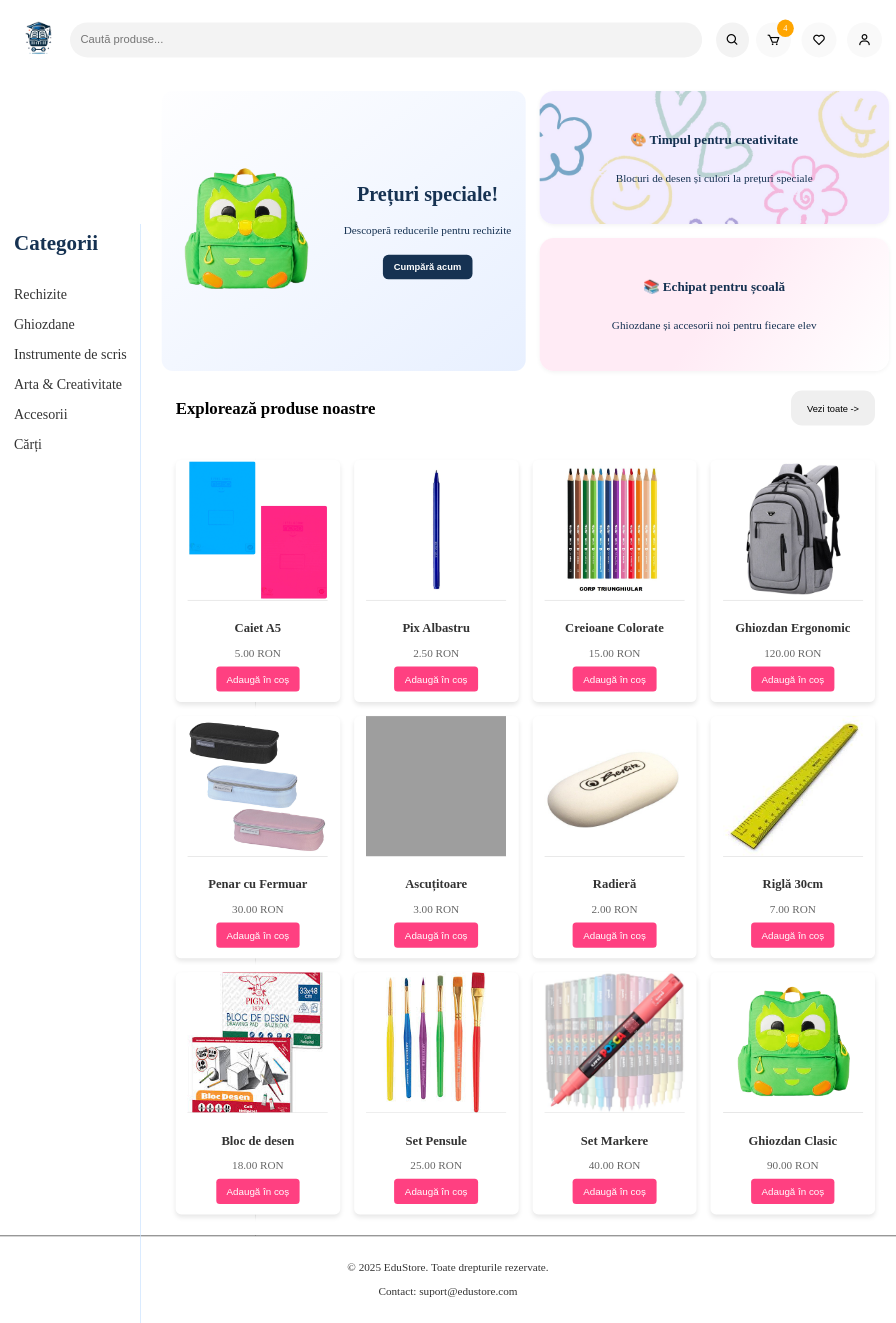
Repository: Roxana5504/WebDev-Project
Page: frontend/index.html
These files come from the project's save history. The page is drawn as it stood at one moment and after the next save; the edit follows.
The browser window is 1280 px wide. The pictures show the whole page, at 70% of full size.
Pictures or frames that could not be fetched are drawn as grey boxes. An inner scrolling area shows only its first screen.

Above is the page before, as saved 2025-04-23 17:43:23.

### frontend/index.html
<!DOCTYPE html>
<html lang="ro">
  <head>
    <meta charset="UTF-8" />
    <meta name="viewport" content="width=device-width, initial-scale=1.0" />
    <title>Căutare Produse</title>
    <link rel="stylesheet" href="/styles.css" />
    <link
      href="https://cdn.jsdelivr.net/npm/boxicons@2.1.4/css/boxicons.min.css"
      rel="stylesheet"
    />
  </head>

  <body>
    <header class="container-header">
      <div class="logo">
        <img src="/backend/images/logoDWS.png" alt="EduStore" />
      </div>

      <div class="search-bar">
        <button class="sidebar-toggle" id="sidebar-toggle">
          <i class="bx bx-menu"></i>
        </button>
        <input type="text" id="search-input" placeholder="Caută produse..." />
        <button class="search-btn" id="search-btn">
          <i class="bx bx-search"></i>
        </button>
      </div>

      <div class="header-icons">
        <div class="header-icon">
          <span class="cart-items">4</span>
          <i class="bx bx-cart"></i>
        </div>
        <div class="header-icon">
          <i class="bx bx-heart"></i>
        </div>
        <div class="header-icon profile">
          <i class="bx bx-user"></i>
        </div>
      </div>
    </header>

    <div class="main-content">
      <aside class="sidebar">
        <div>
          <h2>Categorii</h2>
          <ul>
            <li>Rechizite</li>
            <li>Ghiozdane</li>
            <li>Instrumente de scris</li>
            <li>Arta & Creativitate</li>
            <li>Accesorii</li>
            <li>Cărți</li>
          </ul>
        </div>
      </aside>

      <div class="container">
        <section class="banner">
          <div class="banner-left">
            <div class="banner-left-content">
              <div class="img-cont">
                <img src="/backend/images/gh.jpg" alt="Oferta specială" />
              </div>

              <div class="banner-text">
                <h2>Prețuri speciale!</h2>
                <p>Descoperă reducerile pentru rechizite</p>
                <button class="buy-now-btn" id="buy-now-btn">
                  Cumpără acum
                </button>
              </div>
            </div>
          </div>

          <div class="banner-right">
            <div class="banner-right-up">
              <h3>🎨 Timpul pentru creativitate</h3>
              <p>Blocuri de desen și culori la prețuri speciale</p>
            </div>
            <div class="banner-right-down">
              <h3>📚 Echipat pentru școală</h3>
              <p>Ghiozdane și accesorii noi pentru fiecare elev</p>
            </div>
          </div>
        </section>

        <section class="products">
          <div class="products-explore-line">
            <h2>Explorează produse noastre</h2>
            <button class="all-products-button">Vezi toate -></button>
          </div>
          <div id="product-list" class="product-list"></div>
        </section>
      </div>
    </div>
    <footer>
      <p>&copy; 2025 EduStore. Toate drepturile rezervate.</p>
      <p>Contact: suport@edustore.com</p>
    </footer>
    <script src="script.js"></script>
  </body>
</html>

### frontend/styles.css
/*CSS Roxana*/
html,
body {
  height: auto; /* nu mai forțăm 100% */
  min-height: 100%;
  margin: 0;
  padding-top: 60px;
  overflow-x: hidden;
}

.modal-overlay {
  position: fixed;
  top: 0;
  left: 0;
  right: 0;
  bottom: 0;
  background: rgba(0, 0, 0, 0.6);
  display: flex;
  align-items: center;
  justify-content: center;
  padding: 20px;
  z-index: 9999;
  overflow-y: auto;
  box-sizing: border-box;
}

.modal-content {
  display: flex;
  flex-direction: column;
  background: white;
  padding: 20px;
  border-radius: 10px;
  max-width: 800px;
  width: 100%;
  max-height: 90vh;
  overflow-y: auto;
  position: relative;
  box-sizing: border-box;
  align-items: center;
}

.modal-buttons {
  align-items: center;
  display: flex;
  gap: 10px;
  margin-top: 20px;
}

.modal-content button {
  background-color: black;
  color: white;
  font-weight: bold;
  border: none;
  padding: 12px 16px;
  border-radius: 5px;
}

.close-btn {
  position: absolute;
  top: 10px;
  right: 15px;
  font-size: 24px;
  cursor: pointer;
  color: red;
}

.modal-products {
  display: flex;
  flex-wrap: wrap;
  gap: 20px;
}

.modal-product-card {
  width: 200px;
  border: 1px solid #eee;
  border-radius: 10px;
  padding: 10px;
  text-align: center;
}

.modal-product-card img {
  max-width: 100%;
  height: auto;
  border-radius: 5px;
}

.container-header {
  position: fixed;
  top: 0px;
  background-color: white;
  z-index: 98;
  padding: 20px;
  display: flex;
  align-items: center;
  justify-content: space-between;
  width: 100%;
  box-sizing: border-box;
  flex-wrap: wrap;
  gap: 10px;
}

.logo img {
  height: 70px;
  cursor: pointer;
}

.search-bar {
  flex: 1;
  gap: 20px;
  display: flex;
  align-items: center;
  position: relative;
  max-width: 1000px;
}

.search-btn {
  width: 50px;
  height: 50px;
  border-radius: 100%;
  border: none;
  background-color: #f3f3f3;
  display: flex;
  justify-content: center;
  align-items: center;
  cursor: pointer;
  font-size: 20px;
}

.search-bar input {
  min-width: 200px;
  width: 100%;
  height: 50px;
  padding: 10px 15px;
  border-radius: 50px;
  border: none;
  background-color: #f3f3f3;
  font-size: 16px;
  outline: none;
  box-sizing: border-box;
}

.header-icons {
  display: flex;
  align-items: center;
  gap: 15px;
}

.header-icon {
  position: relative;
  width: 50px;
  height: 50px;
  background-color: #f9f9f9;
  border-radius: 50%;
  display: flex;
  justify-content: center;
  align-items: center;
  cursor: pointer;
}

.header-icon i {
  font-size: 20px;
  color: black;
}

.cart-items {
  position: absolute;
  top: -4px;
  right: -4px;
  background-color: orange;
  color: white;
  font-size: 12px;
  border-radius: 100%;
  padding: 5px 9px;
}

.main-content {
  display: flex;
  width: 100%;
  box-sizing: border-box;
}

.container {
  flex: 1;
  width: 100%;
  margin: 0px auto;
  display: flex;
  flex-direction: column;
  padding: 10px;
  max-width: 1200px;
  box-sizing: border-box;
  justify-content: flex-start;
}

.sidebar {
  position: relative;
  top: 200px;
  height: auto;
  width: 200px;
  padding-right: 0px;
  margin-right: 20px;
  border-right: 1px solid rgb(203, 227, 255);
}

.sidebar div {
  position: sticky;
  top: 0px;
  background-color: white;
  z-index: 99;
}

.sidebar h2 {
  padding: 10px 0 10px 20px;
  font-size: 30px;
  font-weight: bold;
  margin-top: 0px;
  color: rgb(22, 50, 82);
}

.sidebar ul {
  list-style: none;
  padding: 0;
  margin: 0;
  margin-left: 20px;
}

.sidebar ul li {
  padding: 10px 0;
  font-size: 20px;
  color: #333;
  cursor: pointer;
  transition: color 0.3s ease;
}

.sidebar ul li:hover {
  color: #0d4e5a;
}

.sidebar-toggle {
  background: none;
  border: none;
  font-size: 25px;
  cursor: pointer;
  display: none;
}

.banner {
  display: flex;
  flex-wrap: wrap;
  gap: 20px;
  width: 100%;
  box-sizing: border-box;
}

.banner-left {
  box-sizing: border-box;
  background: linear-gradient(to bottom right, #fefeff, #e8f0ff);
  border-radius: 16px;
  padding: 10px;
  position: relative;
  display: flex;
  align-items: center;
  flex: 1;
}

.banner-left-content {
  display: flex;
  gap: 20px;
  align-items: center;
  flex-wrap: wrap;
  width: 100%;
  justify-content: center;
  text-align: center;
}

.banner-left-content img {
  width: 100%;
  max-width: 220px;
  height: auto;
  border-radius: 10px;
  object-fit: cover;
}

.banner-text {
  flex: 1;
  display: flex;
  flex-direction: column;
  gap: 10px;
}

.banner-text h2 {
  font-size: 1.8rem;
  color: rgb(22, 50, 82);
  margin: 0;
}

.banner-text p {
  font-size: 1rem;
  color: rgb(22, 50, 82);
}

.buy-now-btn {
  background-color: rgb(22, 50, 82);
  max-width: 200px;
  color: white;
  border: none;
  padding: 10px 16px;
  border-radius: 8px;
  font-weight: bold;
  cursor: pointer;
  align-self: center;
}

.banner-right {
  flex: 1;
  display: flex;
  flex-direction: column;
  justify-content: space-between;
  gap: 20px;
  min-width: 300px;
}

.banner-right-up,
.banner-right-down {
  border-radius: 20px;
  padding: 20px;
  text-align: center;
  min-height: 150px;
  display: flex;
  flex-direction: column;
  justify-content: center;
  box-shadow: 0 2px 6px rgba(0, 0, 0, 0.05);
}

.banner-right-up {
  background: url("/backend/images/bkgdsw.jpg");
  background-size: cover;
  color: rgb(22, 50, 82);
  flex: 1;
}

.banner-right-down {
  background: #ffebf5;
  background: linear-gradient(
    124deg,
    rgba(255, 235, 245, 1) 50%,
    rgba(255, 255, 255, 1) 100%
  );
  color: rgb(22, 50, 82);
  flex: 1;
}

footer {
  text-align: center;
  padding: 20px;
  border-top: 1px solid #333;
  color: #333;
  background-color: white;
}

.products-explore-line {
  display: flex;
  justify-content: space-between;
  width: 100%;
  box-sizing: border-box;
  align-items: center;
  padding: 20px;
}

.all-products-button {
  border: none;
  border-radius: 16px;
  padding: 0px 10px;
  width: 120px;
  height: 50px;
  cursor: pointer;
}

@media (max-width: 768px) {
  .search-bar {
    gap: 10px;
    width: 100%;
    margin: 0px;
    order: 1;
    display: flex;
    justify-content: center;
  }

  .search-bar input {
    flex: 1;
    margin: 0 10px;
  }

  .banner {
    flex-direction: column;
  }

  .banner-left {
    width: 100%;
    flex: none;
  }

  .banner-right {
    flex-direction: row;
    flex-wrap: wrap;
    width: 100%;
    gap: 20px;
  }

  .banner-right-up,
  .banner-right-down {
    flex: 1 1 48%;
    min-width: 48%;
    padding: 15px;
  }
}

@media (max-width: 600px) {
  .modal-products {
    flex-direction: column;
    align-items: center;
  }

  .modal-product-card {
    width: 100%;
    max-width: 300px;
  }
  .sidebar {
    position: fixed;
    z-index: 99;
    transform: translateX(-100%);
    display: none;
    border: none;
  }

  .sidebar-toggle {
    display: block;
  }

  .sidebar.open {
    transform: translateX(0);
    display: block;
  }

  .sidebar h2 {
    font-size: 22px;
  }

  .sidebar ul li {
    font-size: 16px;
  }
}

/*Sfarsit CSS Roxana*/

.product-list {
  display: grid;
  grid-template-columns: repeat(auto-fit, minmax(220px, 1fr));
  gap: 20px;
  padding: 20px;
}

.product-card {
  background: white;
  border-radius: 8px;
  box-shadow: 0px 4px 8px rgba(0, 0, 0, 0.1);
  overflow: hidden;
  text-align: center;
  transition: transform 0.2s ease-in-out;
}

.product-card:hover {
  transform: scale(1.05);
}

.product-card img {
  width: 100%;
  height: 200px;
  object-fit: cover;
  border-bottom: 1px solid #ddd;
}

.product-card .product-info {
  padding: 15px;
}

.product-card h3 {
  font-size: 18px;
  margin: 10px 0;
  color: #333;
}

.product-card p {
  font-size: 16px;
  color: #666;
  margin-bottom: 10px;
}

.product-card button {
  background: #ff4081;
  color: white;
  border: none;
  padding: 10px 15px;
  border-radius: 5px;
  cursor: pointer;
  font-size: 14px;
  transition: background 0.3s;
}

.product-card button:hover {
  background: #e6006e;
}

@media (max-width: 768px) {
  .product-list {
    grid-template-columns: repeat(auto-fit, minmax(180px, 1fr));
  }
}

### frontend/script.js
//Roxana
document.addEventListener("DOMContentLoaded", function () {
  const categoryItems = document.querySelectorAll("aside li")
  const productList = document.getElementById("product-list")
  let products = []

  fetch("/products.json")
    .then((response) => {
      if (!response.ok) {
        throw new Error("Eroare la încărcarea fișierului products.json")
      }
      return response.json()
    })
    .then((data) => {
      products = data.products.map((product) => {
        const name = product.name.toLowerCase()
        let category = "altele"

        if (name.includes("ghiozdan")) category = "ghiozdane"
        else if (
          name.includes("pix") ||
          name.includes("creion") ||
          name.includes("marker") ||
          name.includes("pensul")
        )
          category = "arta-creativitate"
        else if (
          name.includes("radier") ||
          name.includes("ascuțitoare") ||
          name.includes("rigl")
        )
          category = "accesorii"
        else if (
          name.includes("caiet") ||
          name.includes("penar") ||
          name.includes("bloc")
        )
          category = "rechizite"

        return { ...product, category }
      })

      renderProducts()
    })
    .catch((error) => {
      console.error("Eroare la încărcare produse:", error)
    })

  function renderProducts() {
    productList.innerHTML = ""
    products.forEach((product) => {
      const productCard = document.createElement("div")
      productCard.classList.add("product-card")
      productCard.setAttribute("data-category", product.category)
      productCard.innerHTML = `
        <img src="${product.image}" alt="${
        product.name
      }" style="width: 200px; height: 200px; object-fit: cover;">
        <div class="product-info">
          <h3>${product.name}</h3>
          <p>${product.price.toFixed(2)} RON</p>
          <button>Adaugă în coș</button>
        </div>
      `
      productList.appendChild(productCard)
    })
  }

  categoryItems.forEach((item) => {
    item.addEventListener("click", function () {
      const category = this.textContent
        .trim()
        .toLowerCase()
        .replace(/\s+/g, "-")
      const productCards = document.querySelectorAll(".product-card")

      productCards.forEach((product) => {
        if (
          product.getAttribute("data-category") === category ||
          category === "toate"
        ) {
          product.style.display = "flex"
        } else {
          product.style.display = "none"
        }
      })
    })
  })
})

document.getElementById("search-btn").addEventListener("click", () => {
  const query = document.getElementById("search-input").value.trim()

  fetch(`/products/${query}`)
    .then((res) => {
      if (!res.ok) throw new Error("Server error: " + res.status)
      return res.json()
    })
    .then((data) => {
      if (data.length > 0) {
        showModalWithProducts(data)
      } else {
        showNoProductFoundModal(query)
      }
    })
    .catch((err) => {
      console.error("Eroare:", err)
    })
})

document.getElementById("buy-now-btn").addEventListener("click", () => {
  const query = "Ghiozdan Clasic"
  fetch(`/products/${query}`)
    .then((res) => {
      if (!res.ok) throw new Error("Server error: " + res.status)
      return res.json()
    })
    .then((data) => {
      if (data.length > 0) {
        showModalWithProducts(data)
      } else {
        showNoProductFoundModal(query)
      }
    })
    .catch((err) => {
      console.error("Eroare:", err)
    })
})

function showModalWithProducts(products) {
  let modalHTML = `
      <div id="product-modal" class="modal-overlay">
        <div class="modal-content">
          <span class="close-btn" onclick="closeModal()">&times;</span>
          <h2>Rezultate Căutare</h2>
          <div class="modal-products">
    `

  products.forEach((product) => {
    modalHTML += `
        <div class="modal-product-card">
          <img src="${product.image}" alt="${product.name}" />
          <h3>${product.name}</h3>
          <p>Preț: ${product.price} lei</p>
          <p>Cantitate: ${product.quantity ?? "Nespecificat"}</p>
        </div>
      `
  })

  modalHTML += `
          </div>
        </div>
      </div>
    `

  document.body.insertAdjacentHTML("beforeend", modalHTML)
}

function showNoProductFoundModal(query) {
  const modalHTML = `
      <div id="product-modal" class="modal-overlay">
        <div class="modal-content">
          <span class="close-btn" onclick="closeModal()">&times;</span>
          <h2>Produs negăsit</h2>
          <p>Nu am găsit produsul <strong>"${query}"</strong>.</p>
          <p>Dorești să îl adaugi în magazin?</p>
          <div class="modal-buttons">
          <button onclick="openAddProductForm('${query}')">Adaugă produs</button>
          <button onclick="closeModal()">Încearcă din nou</button></div>
        </div>
      </div>
    `
  document.body.insertAdjacentHTML("beforeend", modalHTML)
}

function closeModal() {
  const modal = document.getElementById("product-modal")
  if (modal) modal.remove()
}

const sidebarToggle = document.getElementById("sidebar-toggle")
const sidebar = document.querySelector(".sidebar")

sidebarToggle.addEventListener("click", () => {
  sidebar.classList.toggle("open")
})
//Sfarsit cod Roxana

### backend/products.json
{
  "products": [
    { "name": "Caiet A5", "price": 5.0, "image": "/backend/images/caiet.jpg" },
    {
      "name": "Pix Albastru",
      "price": 2.5,
      "image": "/backend/images/pix.jpg",
      "quantity": 20
    },
    {
      "name": "Creioane Colorate",
      "price": 15.0,
      "image": "/backend/images/creioane.jpg",
      "quantity": 20
    },
    {
      "name": "Ghiozdan Ergonomic",
      "price": 120.0,
      "image": "/backend/images/ghiozdan.jpg",
      "quantity": 20
    },
    {
      "name": "Penar cu Fermuar",
      "price": 30.0,
      "image": "/backend/images/penar.jpg",
      "quantity": 20
    },
    {
      "name": "Ascuțitoare",
      "price": 3.0,
      "image": "/backend/images/ascutitoare.jpg",
      "quantity": 20
    },

    {
      "name": "Radieră",
      "price": 2.0,
      "image": "/backend/images/radiera.jpg",
      "quantity": 20
    },
    {
      "name": "Riglă 30cm",
      "price": 7.0,
      "image": "/backend/images/rigla.jpg",
      "quantity": 20
    },
    {
      "name": "Bloc de desen",
      "price": 18.0,
      "image": "/backend/images/blocdesen.jpg",
      "quantity": 20
    },
    {
      "name": "Set Pensule",
      "price": 25.0,
      "image": "/backend/images/pensule.jpg",
      "quantity": 20
    },
    {
      "name": "Set Markere",
      "price": 40.0,
      "image": "/backend/images/markere.jpg",
      "quantity": 20
    },
    {
      "name": "Ghiozdan Clasic",
      "price": 90.0,
      "image": "/backend/images/gh.jpg",
      "quantity": 20
    }
  ]
}

After the next save:
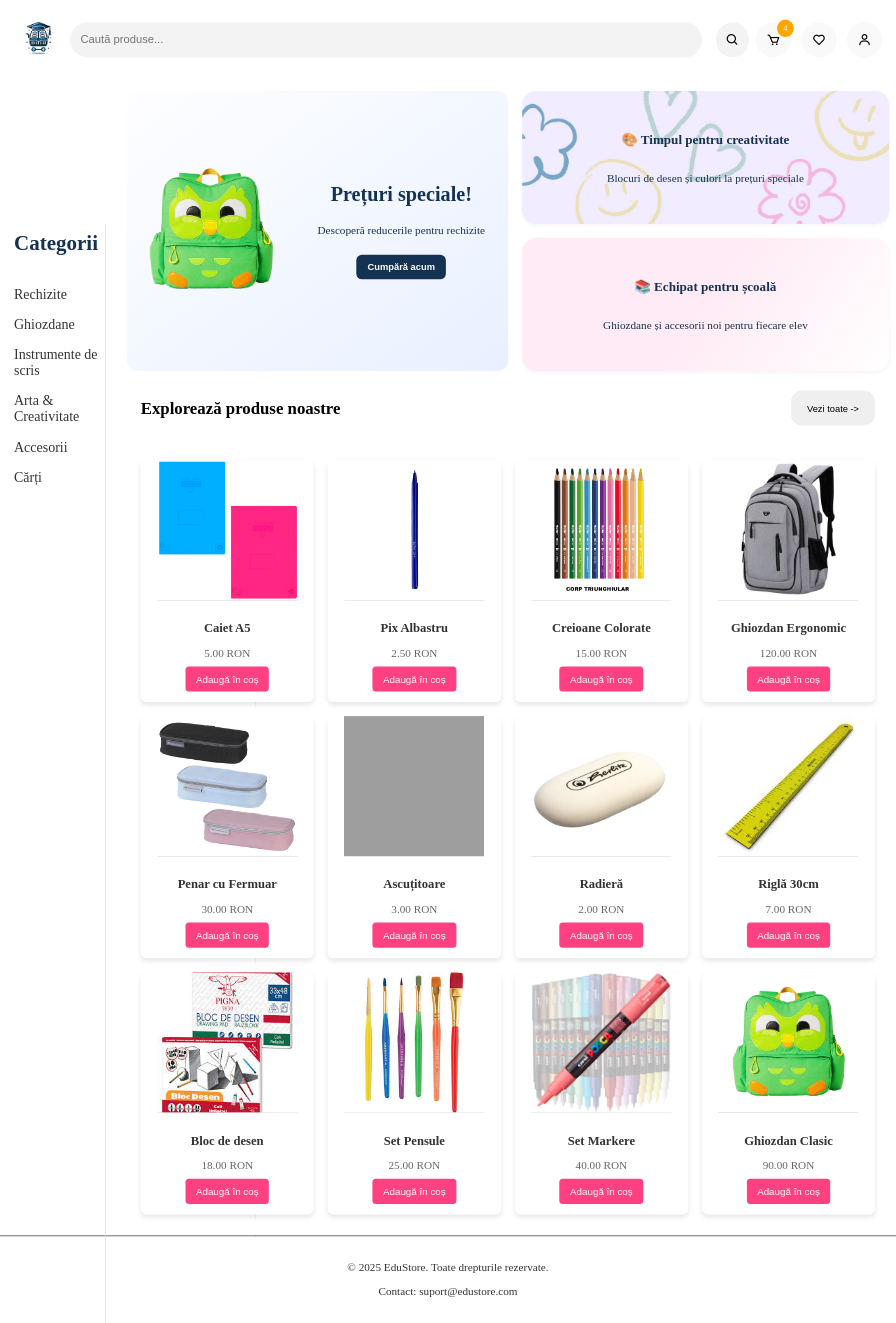
Saved 9 s later.
--- a/frontend/styles.css
+++ b/frontend/styles.css
@@ -195,7 +195,7 @@
   position: relative;
   top: 200px;
   height: auto;
-  width: 200px;
+  width: 150px;
   padding-right: 0px;
   margin-right: 20px;
   border-right: 1px solid rgb(203, 227, 255);

After the 2 saves that followed:
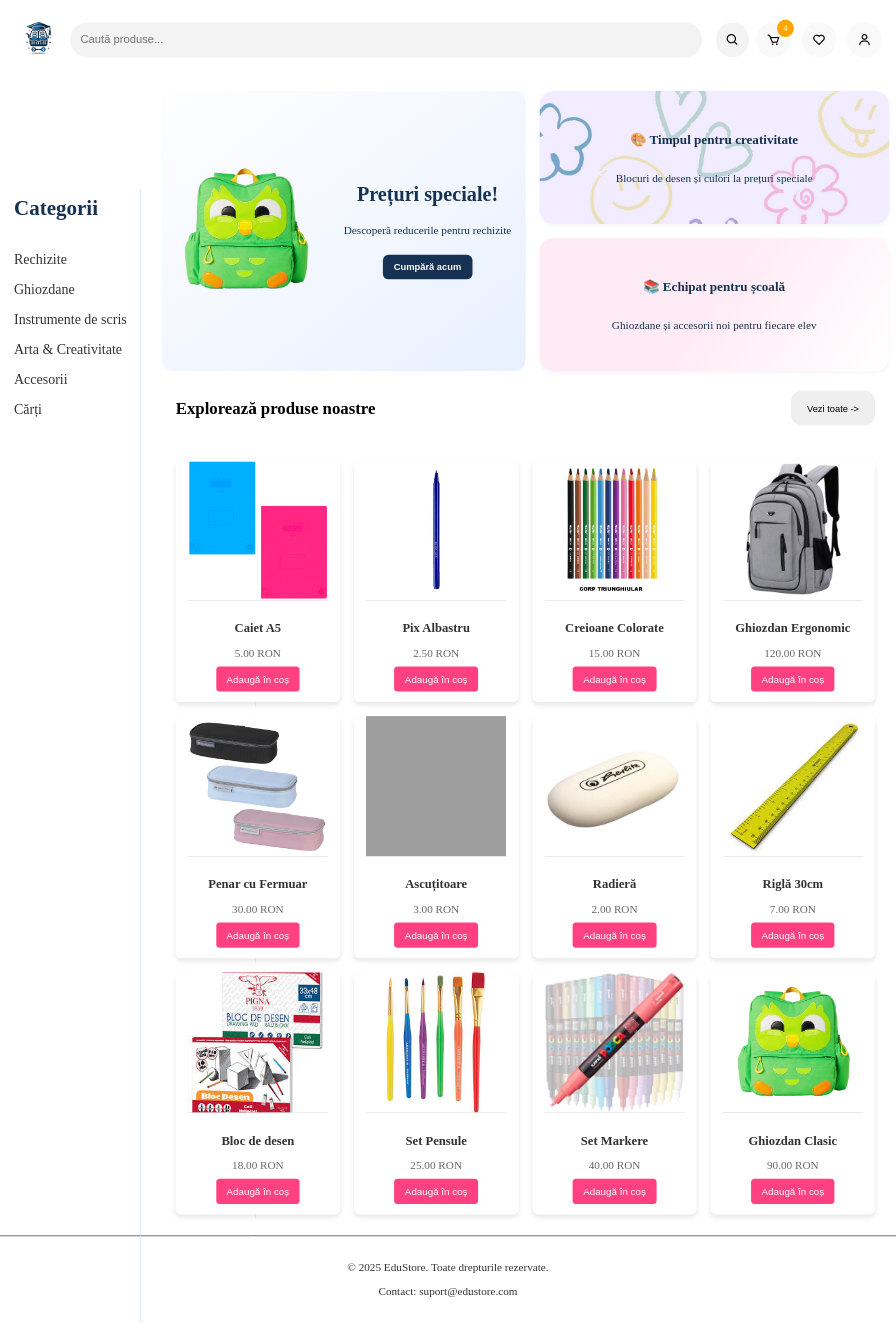
The 2 saves are shown as one change because they came seconds apart.
The last was saved 10 s later.
--- a/frontend/styles.css
+++ b/frontend/styles.css
@@ -193,9 +193,9 @@
 
 .sidebar {
   position: relative;
-  top: 200px;
+  top: 150px;
   height: auto;
-  width: 150px;
+  width: 200px;
   padding-right: 0px;
   margin-right: 20px;
   border-right: 1px solid rgb(203, 227, 255);
